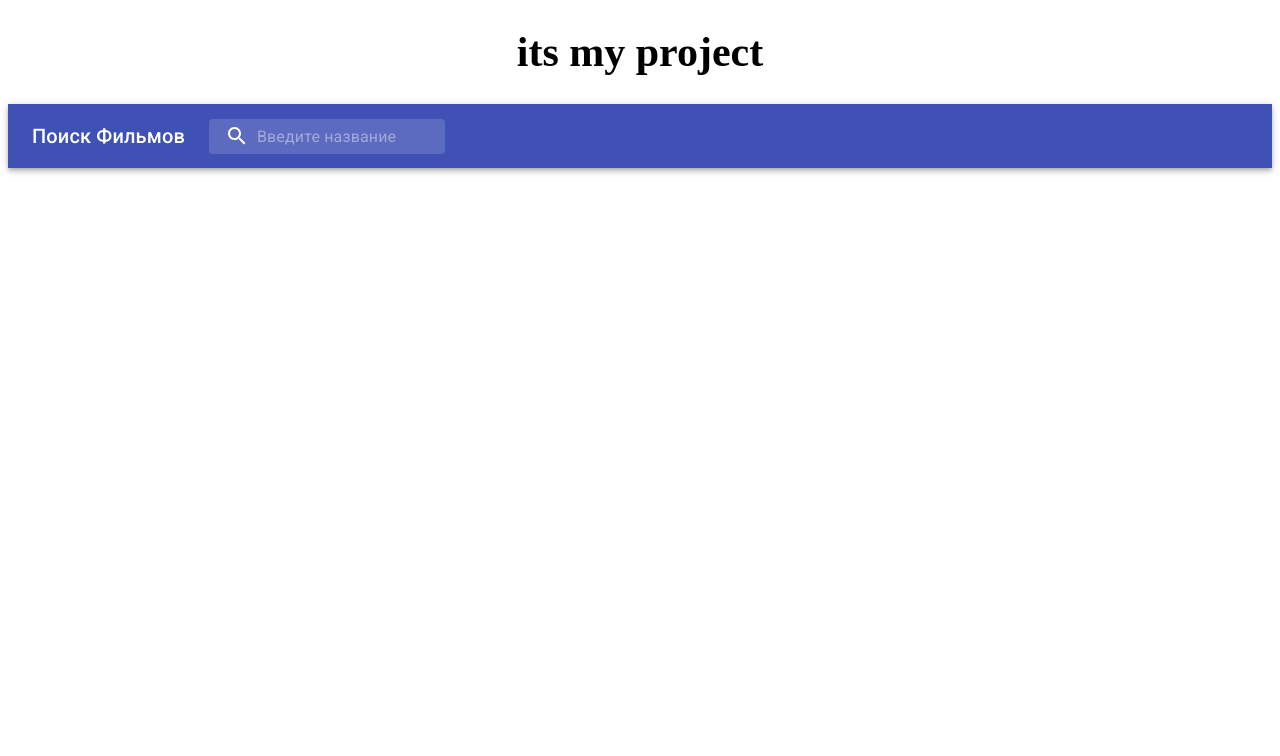
Repository: Hansol46/Films-archive
Page: /
These files come from the project's save history. The page is drawn as it stood at one moment and after the next save; the edit follows.
The browser window is 1280 px wide. The pictures show the whole page.
The page's requests for data from a server got no answer. The project was rebuilt for these pictures with package versions that can differ from the ones it lists, and the page was loaded fresh each time. No one was signed in, and anything a server would have sent is missing. Also part of the build but not shown: webpack.config.js.

Above is the page before, as saved 2020-09-25 01:48:16.

After the next save:
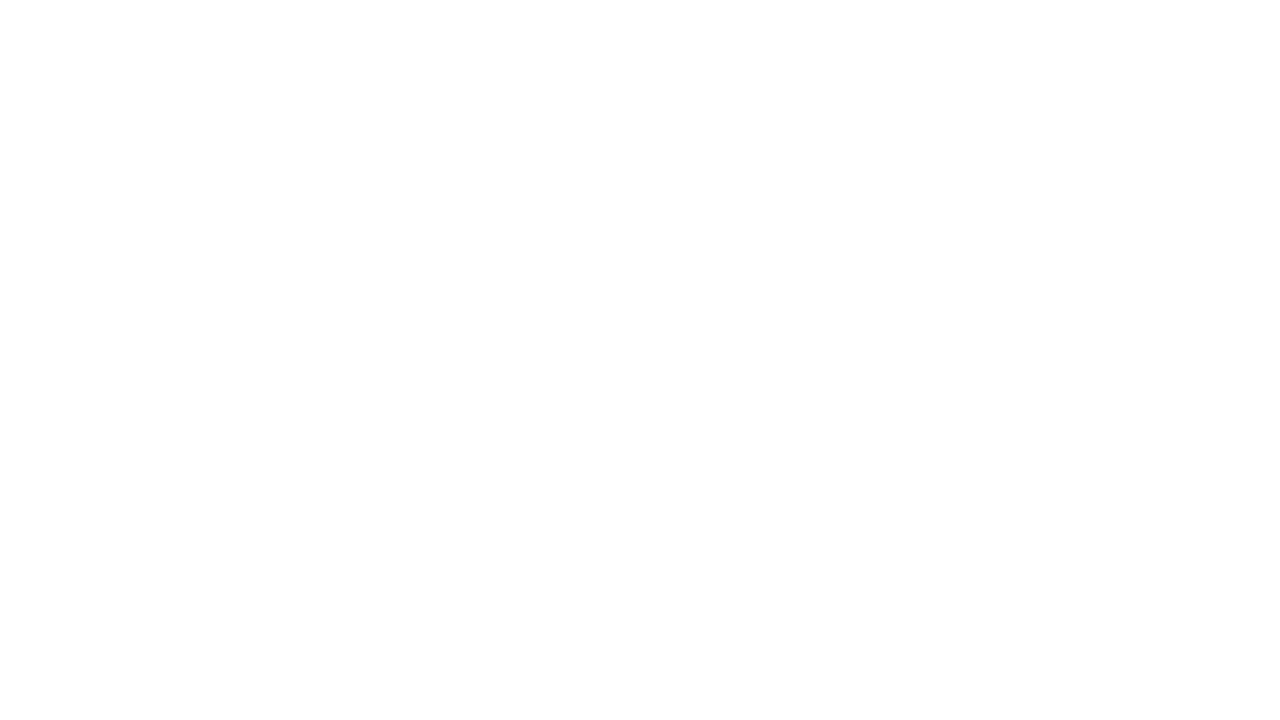
Console error: ReferenceError: red is not defined
Saved 25 s later.
--- a/src/components/material/nav.js
+++ b/src/components/material/nav.js
@@ -18,6 +18,7 @@
 const useStyles = makeStyles((theme) => ({
   grow: {
     flexGrow: 1,
+    border: red,
   },
   menuButton: {
     marginRight: theme.spacing(2),

After the save that followed:
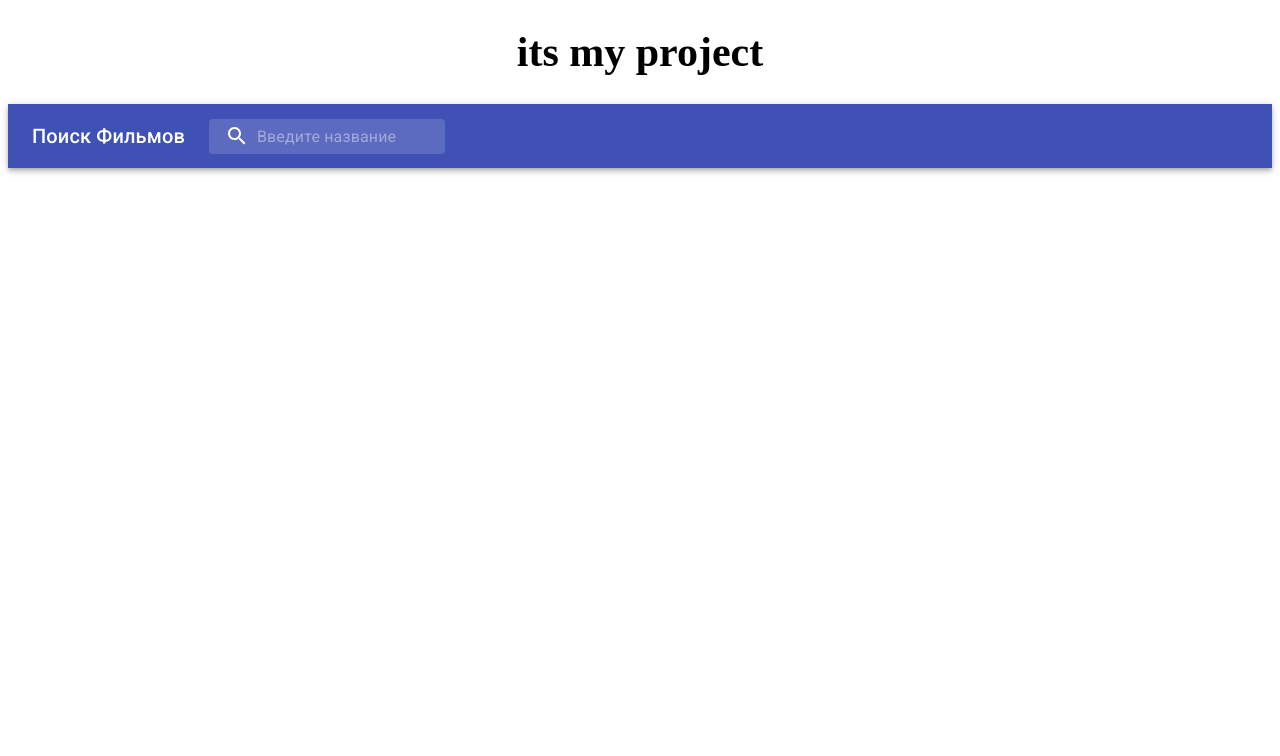
The error is gone.
Saved 6 s later.
--- a/src/components/material/nav.js
+++ b/src/components/material/nav.js
@@ -18,7 +18,7 @@
 const useStyles = makeStyles((theme) => ({
   grow: {
     flexGrow: 1,
-    border: red,
+    border: 'red'
   },
   menuButton: {
     marginRight: theme.spacing(2),
